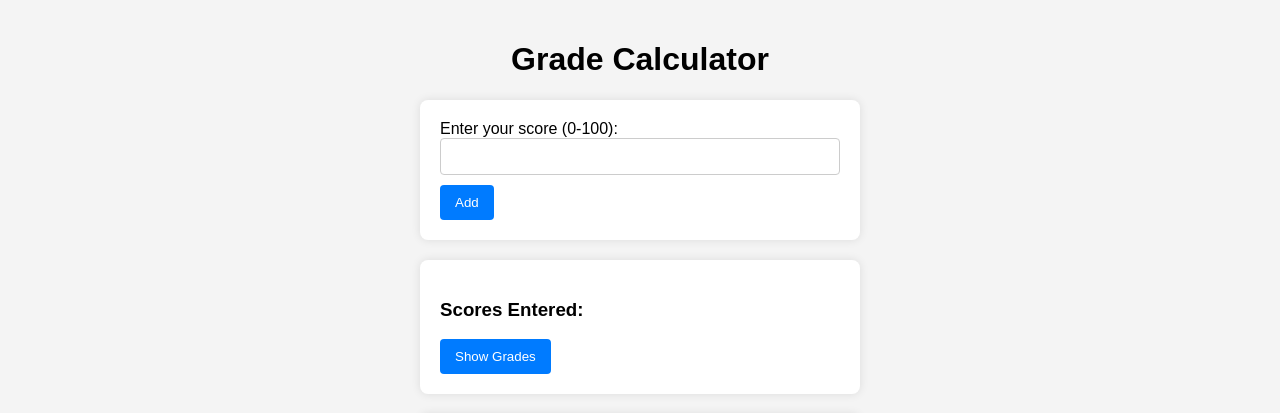
Repository: Rahim-Ullah/hexoforge-bootcamp
Page: phase-2-js-basic/grade-calculator.html
These files come from the project's save history. The page is drawn as it stood at one moment and after the next save; the edit follows.
The browser window is 1280 px wide. The pictures show the whole page.

Above is the page before, as saved 2025-09-06 13:46:26.

After the next save:
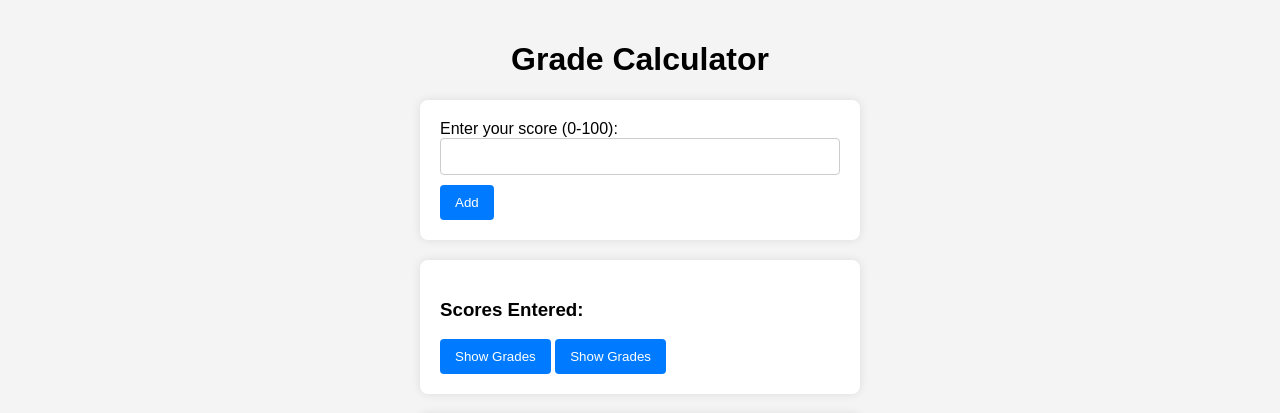
Saved 35 s later.
--- a/phase-2-js-basic/grade-calculator.html
+++ b/phase-2-js-basic/grade-calculator.html
@@ -90,6 +90,7 @@
         <h3>Scores Entered:</h3>
         <ul id="scoreList"></ul>
         <button id="showGradesBtn">Show Grades</button>
+        <button id="showGradesBtn">Show Grades</button>
     </div>
     <p id="result"></p>
 
